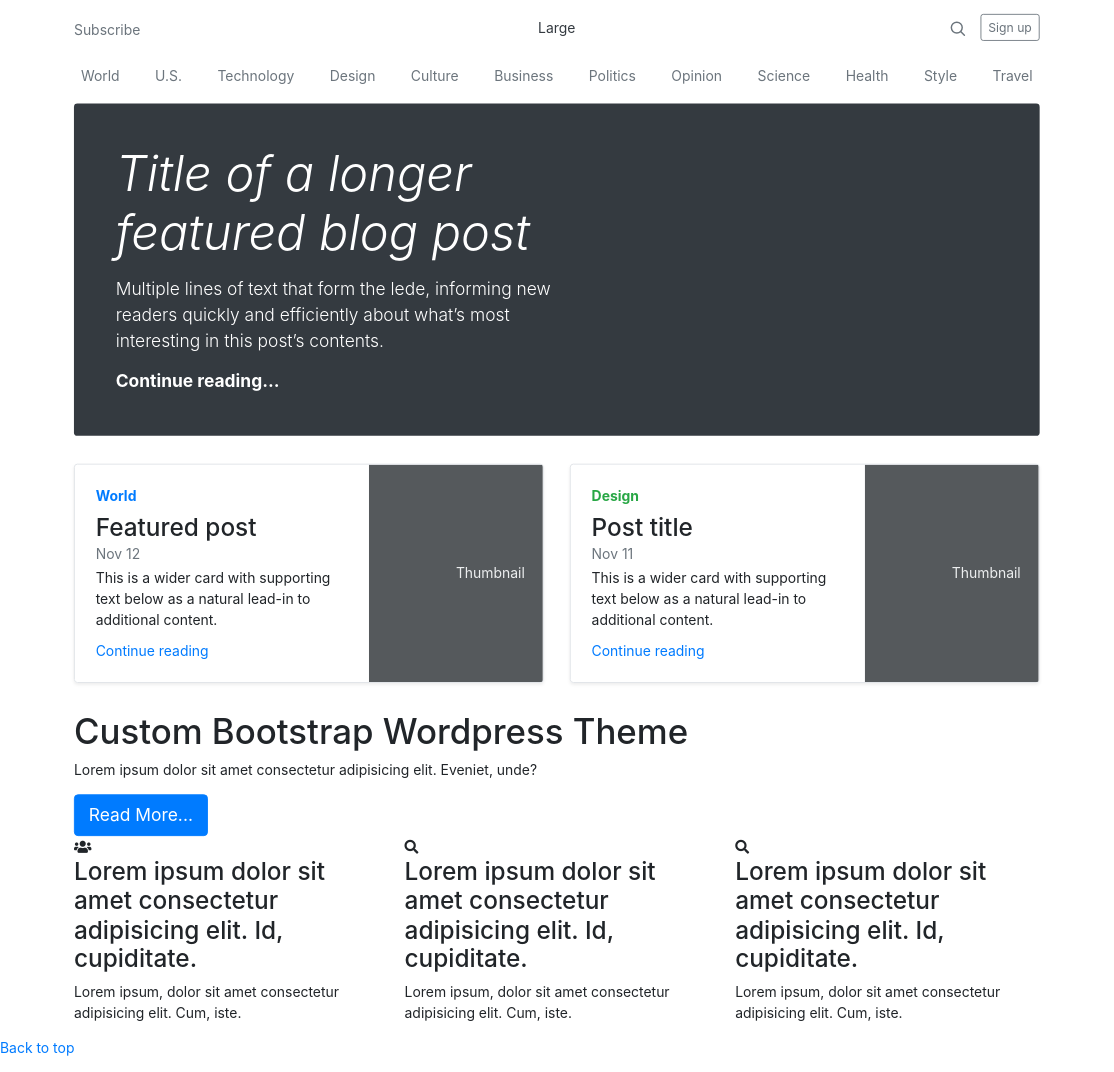
Repository: konstantin0s/wordpress-bootstrap
Page: Front.html
An editor plug-in stored every save of this project. The page is shown before and after the next save, followed by the edit.
The browser window is 1280 px wide. The pictures show the whole page, at 87% of full size.
Some web libraries are served in a nearby version.

Above is the page before, as saved 2019-05-14 18:17:03.

After the next save:
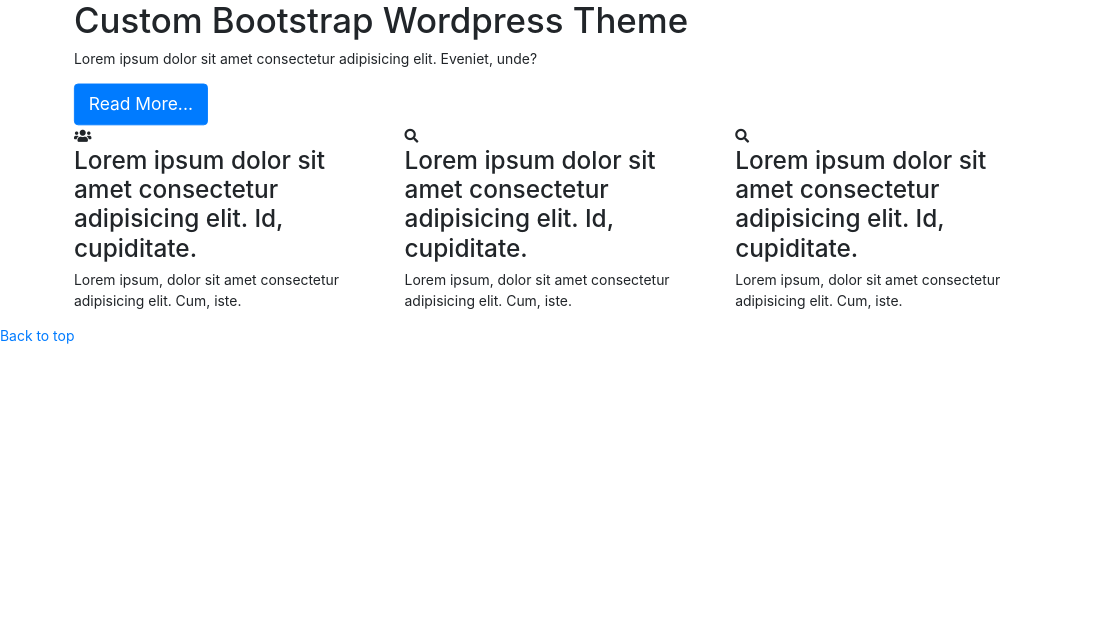
Saved 96 s later.
--- a/Front.html
+++ b/Front.html
@@ -30,80 +30,7 @@
     <link href="css/style.css" rel="stylesheet">
   </head>
   <body>
-    <div class="container">
-  <header class="blog-header py-3">
-    <div class="row flex-nowrap justify-content-between align-items-center">
-      <div class="col-4 pt-1">
-        <a class="text-muted" href="#">Subscribe</a>
-      </div>
-      <div class="col-4 text-center">
-        <a class="blog-header-logo text-dark" href="#">Large</a>
-      </div>
-      <div class="col-4 d-flex justify-content-end align-items-center">
-        <a class="text-muted" href="#">
-          <svg xmlns="http://www.w3.org/2000/svg" width="20" height="20" fill="none" stroke="currentColor" stroke-linecap="round" stroke-linejoin="round" stroke-width="2" class="mx-3" role="img" viewBox="0 0 24 24" focusable="false"><title>Search</title><circle cx="10.5" cy="10.5" r="7.5"/><path d="M21 21l-5.2-5.2"/></svg>
-        </a>
-        <a class="btn btn-sm btn-outline-secondary" href="#">Sign up</a>
-      </div>
-    </div>
-  </header>
 
-  <div class="nav-scroller py-1 mb-2">
-    <nav class="nav d-flex justify-content-between">
-      <a class="p-2 text-muted" href="#">World</a>
-      <a class="p-2 text-muted" href="#">U.S.</a>
-      <a class="p-2 text-muted" href="#">Technology</a>
-      <a class="p-2 text-muted" href="#">Design</a>
-      <a class="p-2 text-muted" href="#">Culture</a>
-      <a class="p-2 text-muted" href="#">Business</a>
-      <a class="p-2 text-muted" href="#">Politics</a>
-      <a class="p-2 text-muted" href="#">Opinion</a>
-      <a class="p-2 text-muted" href="#">Science</a>
-      <a class="p-2 text-muted" href="#">Health</a>
-      <a class="p-2 text-muted" href="#">Style</a>
-      <a class="p-2 text-muted" href="#">Travel</a>
-    </nav>
-  </div>
-
-  <div class="jumbotron p-4 p-md-5 text-white rounded bg-dark">
-    <div class="col-md-6 px-0">
-      <h1 class="display-4 font-italic">Title of a longer featured blog post</h1>
-      <p class="lead my-3">Multiple lines of text that form the lede, informing new readers quickly and efficiently about what’s most interesting in this post’s contents.</p>
-      <p class="lead mb-0"><a href="#" class="text-white font-weight-bold">Continue reading...</a></p>
-    </div>
-  </div>
-
-  <div class="row mb-2">
-    <div class="col-md-6">
-      <div class="row no-gutters border rounded overflow-hidden flex-md-row mb-4 shadow-sm h-md-250 position-relative">
-        <div class="col p-4 d-flex flex-column position-static">
-          <strong class="d-inline-block mb-2 text-primary">World</strong>
-          <h3 class="mb-0">Featured post</h3>
-          <div class="mb-1 text-muted">Nov 12</div>
-          <p class="card-text mb-auto">This is a wider card with supporting text below as a natural lead-in to additional content.</p>
-          <a href="#" class="stretched-link">Continue reading</a>
-        </div>
-        <div class="col-auto d-none d-lg-block">
-          <svg class="bd-placeholder-img" width="200" height="250" xmlns="http://www.w3.org/2000/svg" preserveAspectRatio="xMidYMid slice" focusable="false" role="img" aria-label="Placeholder: Thumbnail"><title>Placeholder</title><rect width="100%" height="100%" fill="#55595c"/><text x="50%" y="50%" fill="#eceeef" dy=".3em">Thumbnail</text></svg>
-        </div>
-      </div>
-    </div>
-    <div class="col-md-6">
-      <div class="row no-gutters border rounded overflow-hidden flex-md-row mb-4 shadow-sm h-md-250 position-relative">
-        <div class="col p-4 d-flex flex-column position-static">
-          <strong class="d-inline-block mb-2 text-success">Design</strong>
-          <h3 class="mb-0">Post title</h3>
-          <div class="mb-1 text-muted">Nov 11</div>
-          <p class="mb-auto">This is a wider card with supporting text below as a natural lead-in to additional content.</p>
-          <a href="#" class="stretched-link">Continue reading</a>
-        </div>
-        <div class="col-auto d-none d-lg-block">
-          <svg class="bd-placeholder-img" width="200" height="250" xmlns="http://www.w3.org/2000/svg" preserveAspectRatio="xMidYMid slice" focusable="false" role="img" aria-label="Placeholder: Thumbnail"><title>Placeholder</title><rect width="100%" height="100%" fill="#55595c"/><text x="50%" y="50%" fill="#eceeef" dy=".3em">Thumbnail</text></svg>
-        </div>
-      </div>
-    </div>
-  </div>
-</div>
 
 <section id="showcase">
   <div class="container">
